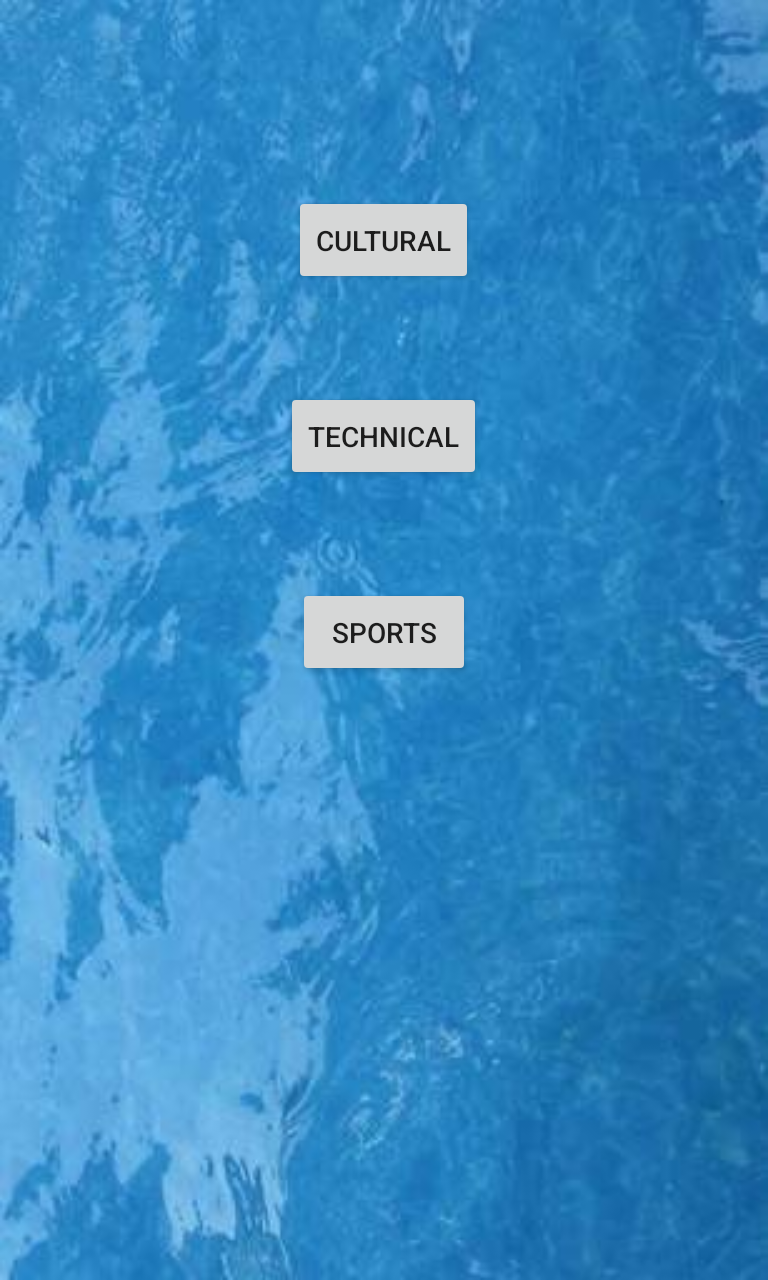
Repository: Attaphon1996/Engineering-Stuff
Layout: OSource/Android Play/Android_Projects/YASH15.0/res/layout/day1.xml
The author's editor kept a copy of each file at every save. The layout is drawn from the files as they stood at one save, then again after the next save.
It is drawn on a 768 x 1280 px phone screen (xhdpi) without system bars, with theme AppTheme; the app's code is not run.

Above is the layout before, as saved 2015-02-09 01:12:42.

After the next save:
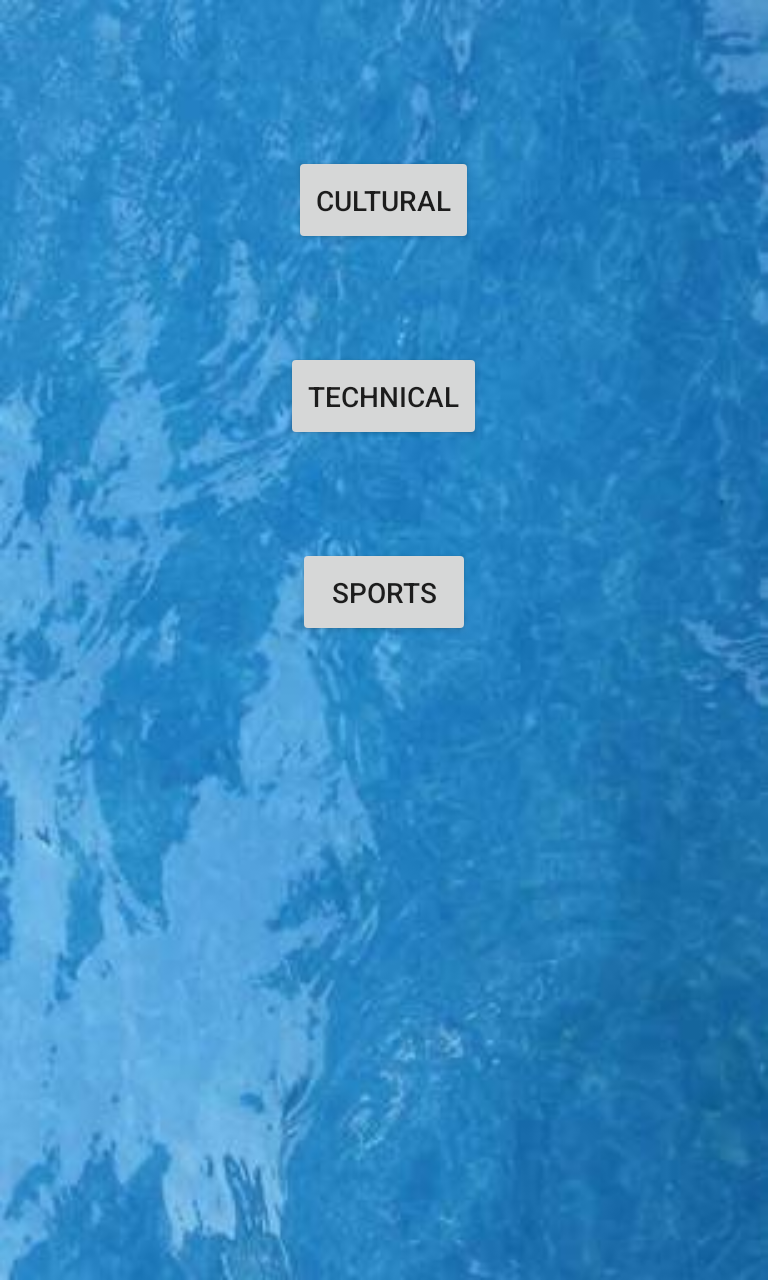
Saved 7 s later.
--- a/OSource/Android Play/Android_Projects/YASH15.0/res/layout/day1.xml
+++ b/OSource/Android Play/Android_Projects/YASH15.0/res/layout/day1.xml
@@ -16,7 +16,7 @@
         android:layout_height="wrap_content"
         android:text="@string/cultural"
         android:layout_gravity="center"
-        android:layout_marginTop="80dp" />
+        android:layout_marginTop="60dp" />
 
     <Button
         android:id="@+id/day1_technical"
